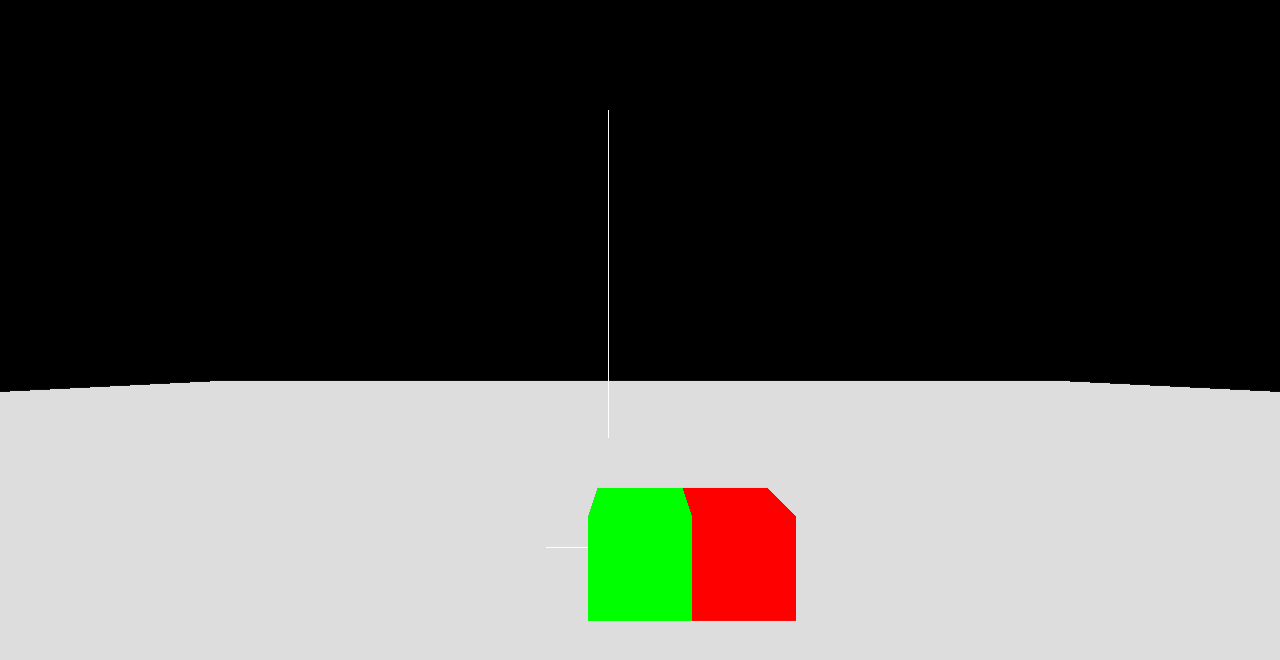
Repository: SanjoSolutions/projects
Page: minecraft/index.html
The author's editor kept a copy of each file at every save. The page is drawn from the files as they stood at one save, then again after the next save.
The browser window is 1280 px wide. The pictures show the whole page.
Some web libraries are served in a nearby version.

Above is the page before, as saved 2020-08-31 19:41:34.

After the next save:
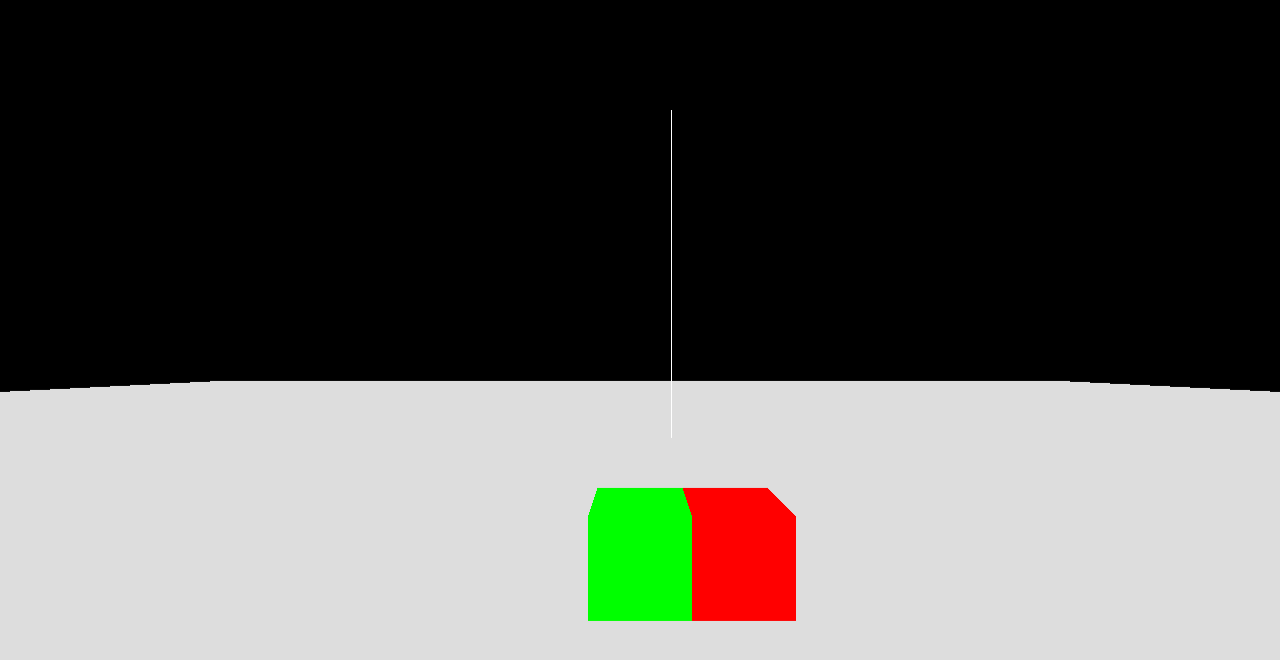
Saved 7 s later.
--- a/minecraft/index.js
+++ b/minecraft/index.js
@@ -87,7 +87,7 @@ function createHemisphereLight() {
 
 function createDirectionalLight() {
   const directionalLight = new THREE.DirectionalLight(0xffffff, 1)
-  directionalLight.position.set(-1, 0, 0)
+  directionalLight.position.set(1, 0, 0)
   directionalLight.castShadow = true
 
   return directionalLight
